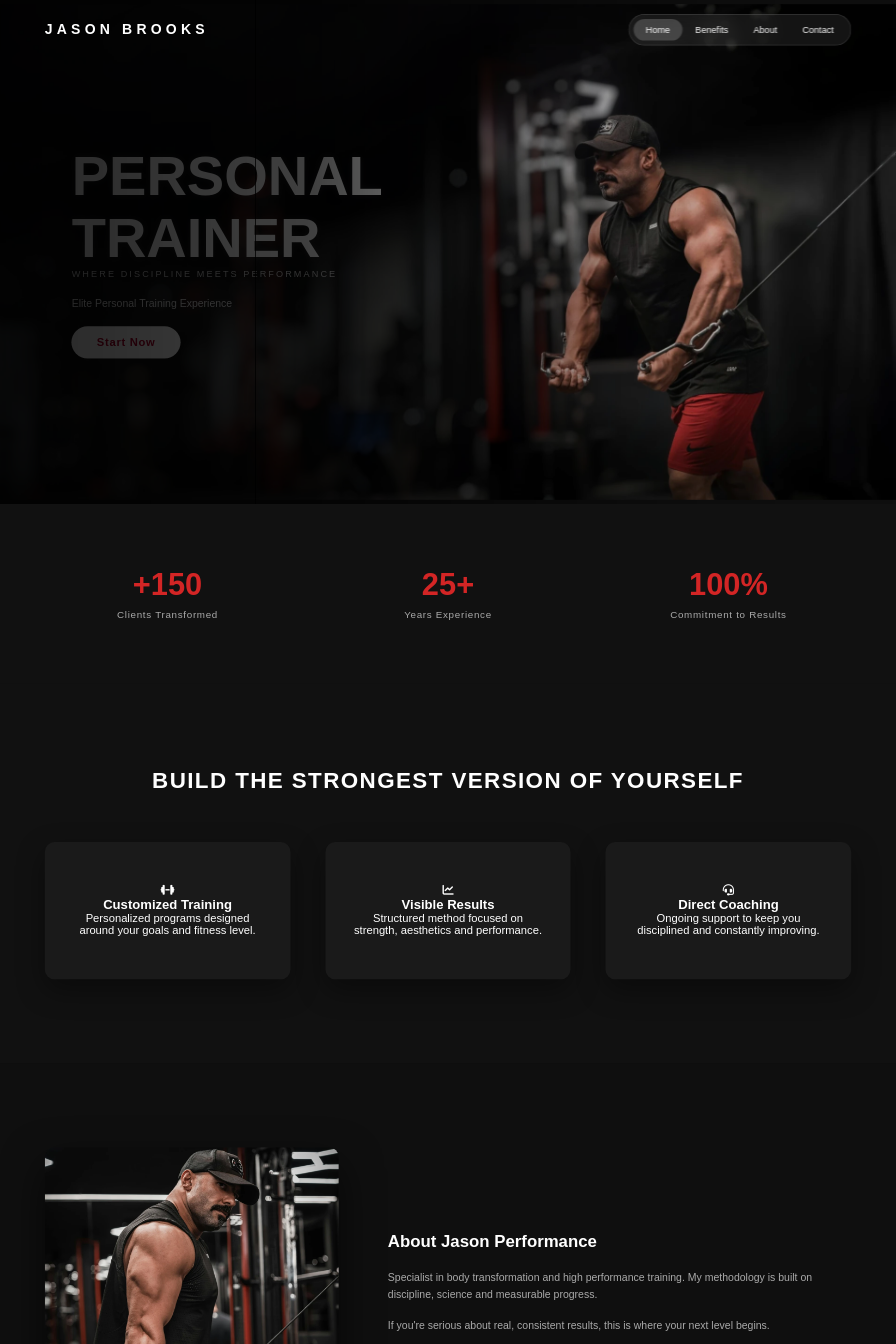
Repository: davidfsillva/Jason-Brooks
Page: index.html
The author's editor kept a copy of each file at every save. The page is drawn from the files as they stood at one save, then again after the next save.
The browser window is 1280 px wide. The pictures show the part of the page from y = 0 to 1920 px (the page is 3042 px tall), at 70% of full size.
Some web fonts or font styles are not loaded; a fallback is used.

Above is the page before, as saved 2026-02-21 17:42:17.

After the next save:
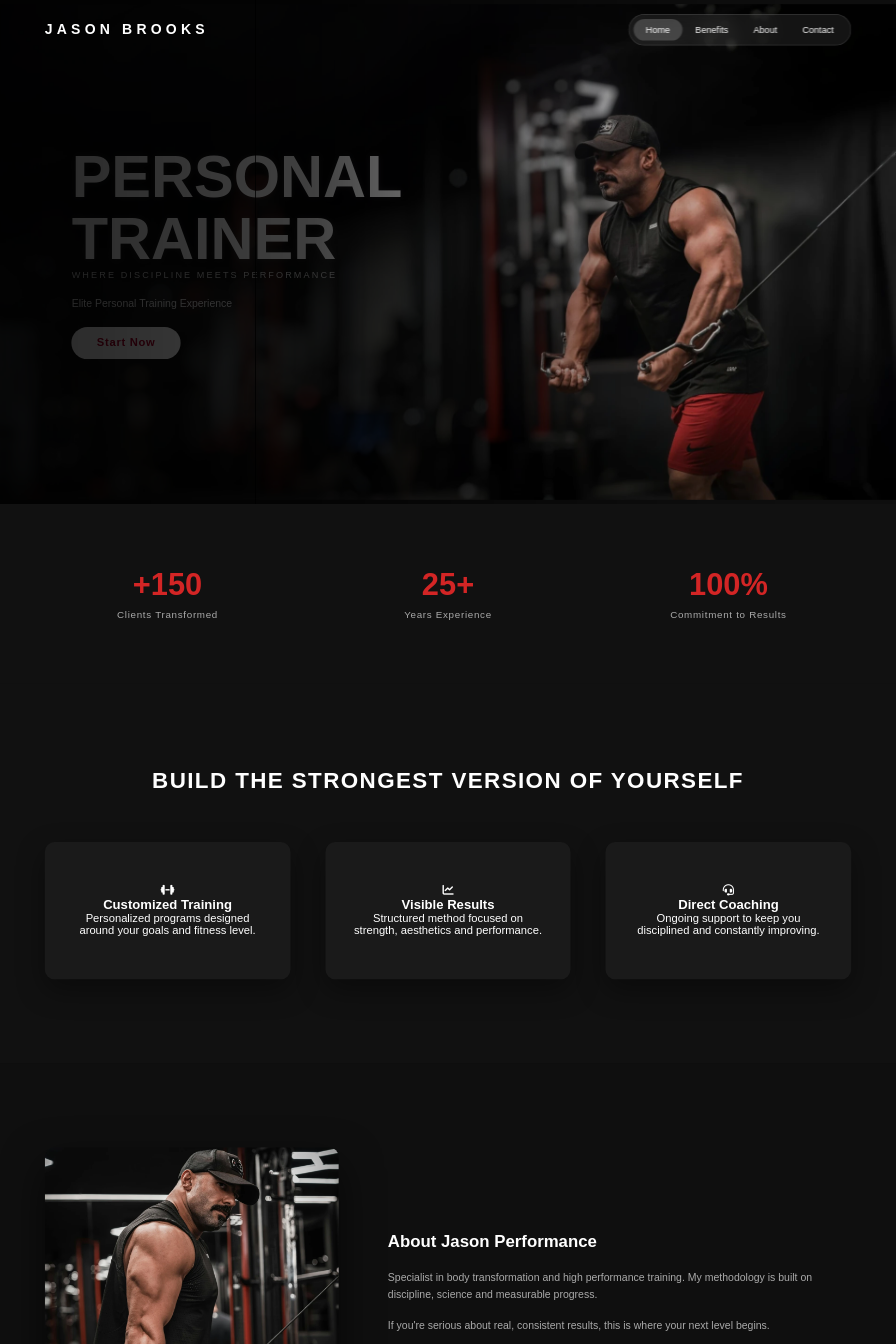
Saved 33 s later.
--- a/style.css
+++ b/style.css
@@ -252,10 +252,6 @@ header {
     opacity: 0.8;
 }
 
-.hero-content h1 {
-    font-size: 80px;
-    line-height: 1.1;
-}
 
 .hero-sub {
     margin: 25px 0;
